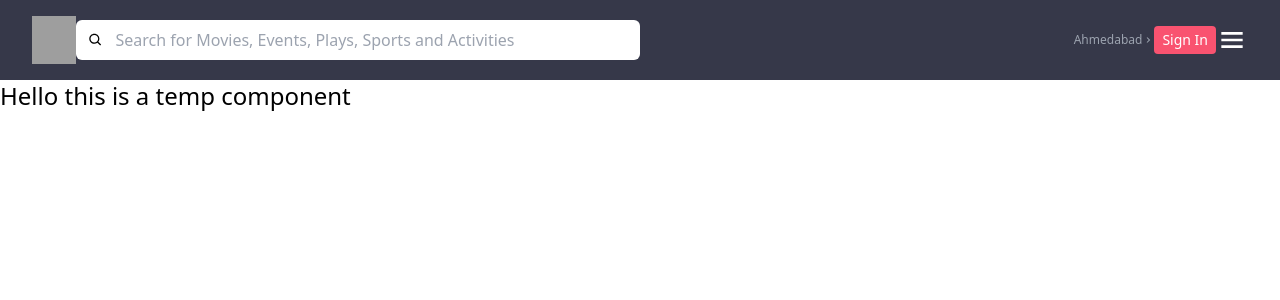
Repository: srush-shah/book-my-show-clone
Page: /
These files come from the project's save history. The page is drawn as it stood at one moment and after a run of saves; the edit follows.
The browser window is 1280 px wide. The pictures show the whole page.
Pictures or frames that could not be fetched are drawn as grey boxes. The project was rebuilt for these pictures with package versions that can differ from the ones it lists, and the page was loaded fresh each time.

Above is the page before, as saved 2022-11-23 02:34:25.

### src/App.jsx
import DefaultHOC from "./HOC/Default.HOC";
import Temp from "./components/temp";

function App() {
  return (
    <>
      <DefaultHOC path="/" exact element={<Temp />} />
    </>
  );
}

export default App;

### src/HOC/Default.HOC.jsx
import React from "react";
import { Route, Routes } from "react-router-dom";
import DefaultLayout from "../layouts/Default.layout";

const DefaultHOC = ({ element: Element, ...rest }) => {
  return (
    <>
      <Routes>
        <Route {...rest} exact element={<DefaultLayout element={Element} />} />
      </Routes>
    </>
  );
};

export default DefaultHOC;

### src/components/temp.jsx
import React from "react";

function Temp() {
  return (
    <>
      <h1 className="text-2xl">Hello this is a temp component</h1>
    </>
  );
}

export default Temp;

### src/layouts/Default.layout.jsx
import React from "react";

//Components
import Navbar from "../components/Navbar/navbar.component";

const DefaultLayout = ({ element: Element, ...props }) => {
  return (
    <>
      <Navbar />
      {Element}
    </>
  );
};

export default DefaultLayout;

### src/components/Navbar/navbar.component.jsx
import React from "react";
import { BiChevronRight, BiSearch, BiMenu } from "react-icons/bi";

const NavSm = () => {
  return (
    <>
      <div className="text-white flex items-center justify-between">
        <div>
          <h3 className="text-xl font-bold">It All Starts Here!</h3>
          <span className="text-gray-400 text-xs flex items-center">
            Ahmedabad <BiChevronRight />
          </span>
        </div>
        <div className="w-8 h-8">
          <BiSearch className="w-full h-full" />
        </div>
      </div>
    </>
  );
};
const NavMd = () => {
  return (
    <div className="w-full flex items-center gap-3 bg-white py-2 px-3 rounded-md">
      <BiSearch />
      <input
        type="search"
        className="w-full bg-transparent border-none focus:outline-none"
        placeholder="Search for Movies, Events, Plays, Sports and Activities"
      />
    </div>
  );
};
const NavLg = () => {
  return (
    <>
      <div className="container mx-auto px-4 flex items-center justify-between">
        <div className="flex items-center w-1/2">
          <div className="w-12 h-12">
            <img
              src="https://i.ibb.co/zPBYW3H/imgbin-bookmyshow-office-android-ticket-png.png"
              alt="logo"
              className="w-full h-full"
            />
          </div>
          <div className="w-full flex items-center gap-3 bg-white py-2 px-3 rounded-md">
            <BiSearch />
            <input
              type="search"
              className="w-full bg-transparent border-none focus:outline-none"
              placeholder="Search for Movies, Events, Plays, Sports and Activities"
            />
          </div>
        </div>
        <div className="flex items-center">
          <span className="text-gray-400 text-xs flex items-center">
            Ahmedabad <BiChevronRight />
          </span>
          <button className="bg-bmsRed-300 text-white px-2 py-1 text-sm rounded">
            Sign In
          </button>
          <div className="w-8 h-8 text-white">
            <BiMenu className="w-full h-full" />
          </div>
        </div>
      </div>
    </>
  );
};

const Navbar = () => {
  return (
    <>
      <nav className="bg-bms-700 p-4">
        <div className="md:hidden">
          <NavSm />
        </div>
        <div className="hidden md:flex lg:hidden">
          <NavMd />
        </div>
        <div className="hidden lg:flex">
          <NavLg />
        </div>
      </nav>
    </>
  );
};

export default Navbar;

### tailwind.config.js
/** @type {import('tailwindcss').Config} */
module.exports = {
  content: ["./src/**/*.{html,js,jsx}"],
  theme: {
    extend: {
      colors: {
        bms: {
          50: "#edf1fc",
          100: "#d3d4e1",
          200: "#b6b8c9",
          300: "#989bb2",
          400: "#7c7f9b",
          500: "#636582",
          600: "#4c4f66",
          700: "#363849",
          800: "#21222e",
          900: "#0a0a16",
        },
        bmsRed: {
          50: "#ffe3eb",
          100: "#ffb3c2",
          200: "#fb8399",
          300: "#f95370",
          400: "#f62448",
          500: "#dc0d2f",
          600: "#ac0624",
          700: "#7c031a",
          800: "#4c000e",
          900: "#1f0003",
        },
      },
    },
  },
  plugins: [],
};

Loaded but not shown: public/index.html (common file); src/index.jsx (common file); src/index.css (common file)

After the next 3 saves:
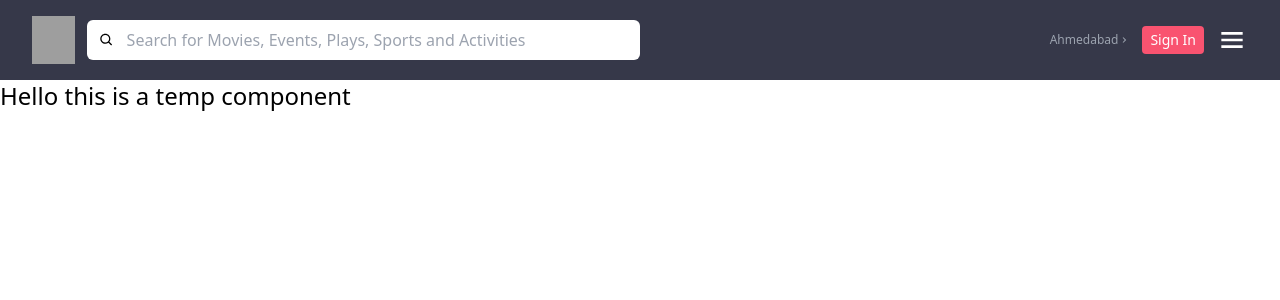
The 3 saves are shown as one change because they came seconds apart.
The last was saved 36 s later.
--- a/src/components/Navbar/navbar.component.jsx
+++ b/src/components/Navbar/navbar.component.jsx
@@ -34,7 +34,7 @@ const NavLg = () => {
   return (
     <>
       <div className="container mx-auto px-4 flex items-center justify-between">
-        <div className="flex items-center w-1/2">
+        <div className="flex items-center w-1/2 gap-3">
           <div className="w-12 h-12">
             <img
               src="https://i.ibb.co/zPBYW3H/imgbin-bookmyshow-office-android-ticket-png.png"
@@ -51,7 +51,7 @@ const NavLg = () => {
             />
           </div>
         </div>
-        <div className="flex items-center">
+        <div className="flex items-center gap-3">
           <span className="text-gray-400 text-xs flex items-center">
             Ahmedabad <BiChevronRight />
           </span>
